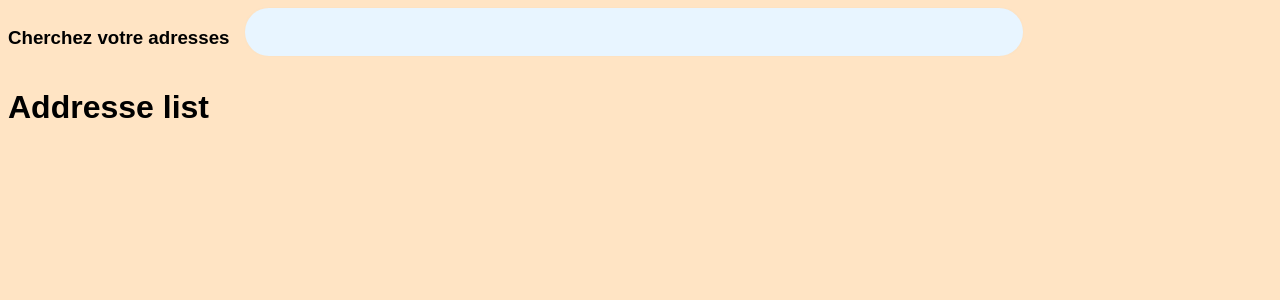
Repository: DnPako/test-forked
Page: /
These files come from the project's save history. The page is drawn as it stood at one moment and after the next save; the edit follows.
The browser window is 1280 px wide. The pictures show the whole page.
The page's requests for data from a server got no answer. The project was rebuilt for these pictures with package versions that can differ from the ones it lists, and the page was loaded fresh each time. No one was signed in, and anything a server would have sent is missing.

Above is the page before, as saved 2022-02-14 13:03:16.

### src/index.js
import { StrictMode } from "react";
import ReactDOM from "react-dom";
import axios from 'axios';
import { Provider, } from "react-redux";
import { createStore, applyMiddleware, } from "redux";
import createSagaMiddleware from "redux-saga";

import reducers from "./commons/reducers";
import sagas from "./commons/sagas";
import App from "./addresses/App";

axios.defaults.baseURL = 'https://api-adresse.data.gouv.fr';

const sagaMiddleware = createSagaMiddleware();
const store = createStore(reducers, applyMiddleware(sagaMiddleware));

sagaMiddleware.run(sagas);

const rootElement = document.getElementById("root");
ReactDOM.render(
  <Provider store={store}>
    <StrictMode>
      <App />
    </StrictMode>
  </Provider>,
  rootElement
);

### src/commons/reducers/index.js
import { combineReducers, } from "redux";
import AdressesReducer from "../../addresses/redux/addressReducer";

export default combineReducers({
    addresses: AdressesReducer,
});

### src/commons/sagas/index.js
import { all, } from 'redux-saga/effects';
import addressesSagas from '../../addresses/saga/addressesSaga';

export default function* rootSaga() {
    yield all([
        ...addressesSagas,
    ]);
}

### src/addresses/App.js
import { useEffect, } from "react";
import "../styles.css";
import withRedux from "../commons/utils/withRedux";
import stateDispatchers from "./utils/stateDispatchers";
import Address from "./components/Address";
import SearchInput from "./components/SearchInput";

const { mapDispatchToProps, mapStateToProps } = stateDispatchers;

const App = (props) => {
  const {
    addressList,
    handleGetAddresses,
  } = props;

  console.log(addressList);

  useEffect(() => {
    handleGetAddresses();
  }, [handleGetAddresses]);

  return (
    <div className="App">
      <SearchInput />
      <h1>Addresse list</h1>
      <ul>
        <Address addressList={addressList} />
      </ul>
    </div>
  );
}

export default withRedux(mapStateToProps, mapDispatchToProps, App);

### src/addresses/redux/addressReducer.js
const initialState = {
    addressList: [],
};

const setAddresses = (state, { addressList, }) => ({
    ...state,
    addressList,
});

// In case we have other eventual actions we can simply add the function to this object
// No need to change AdressesReducer
const AddressesActions = {
    SET_ADDRESSES: setAddresses,
};

export default function AdressesReducer(state = initialState, action) {
    if (AddressesActions[action.type]) {
        return AddressesActions[action.type](state, action);
    }
    return state;
};

### src/addresses/saga/addressesSaga.js
import {
    call,
    fork,
    put,
    takeEvery,
} from "redux-saga/effects";
import actions from "../redux/actions";
import addressDispatcher from "../redux/addressDispatcher";
import { getAddresses, } from "../services/addressesServices";

const {
    GET_ADDRESSES,
    SET_ADDRESSES,
} = actions;

const {
    setAddresses,
} = addressDispatcher;

function* getAddressesRequest() {
    try {
        const { data: { features: addressList, }, } = yield call(getAddresses);
        yield put(setAddresses(addressList));
    } catch (error) {
        console.log(error);
    }
}

function* watchGetUsers() {
    yield takeEvery(GET_ADDRESSES, getAddressesRequest);
};

const addressesSagas = [
    fork(watchGetUsers),
];

export default addressesSagas;

### src/styles.css
body {
  background-color: bisque;
}
.App {
  font-family: sans-serif;
}

### src/commons/utils/withRedux.js
import { connect, } from "react-redux";

const withRedux = (mapStateToProps, mapDispatchToProps, Component) => (
    connect(mapStateToProps, mapDispatchToProps)(Component)
);

export default withRedux;

### src/addresses/utils/stateDispatchers.js
import addressDispatcher from "../redux/addressDispatcher";

const { getAddresses, } = addressDispatcher;

const mapStateToProps = ({
    addresses: { addressList, },
}) => ({
    addressList,
});

const mapDispatchToProps = {
    handleGetAddresses: getAddresses,
};

export default {
    mapStateToProps,
    mapDispatchToProps,
}

### src/addresses/components/Address.jsx
const displayAddress = address => {
    const { properties, } =  address;
    return (
        <li key={properties.id}>
            <h2>Label: {properties.label}</h2>
            <ul>
                <li>number: {properties.housenumber}</li>
                <li>street: {properties.street}</li>
                <li>city: {properties.city}</li>
                <li>zipcode: {properties.citycode}</li>
                <li>country: France</li>
                <li>rounded score: {properties.score}</li>
            </ul>
        </li>
    );
};

const Address = (props) => {
    const {
        addressList,
    } = props;
    return (
        <>
            {addressList.length !== 0 && addressList.map(address => displayAddress(address))}
        </>
    );
};

export default Address;

### src/addresses/components/SearchInput.jsx
const containerStyle = {
    display: "flex",
}

const labelStyle = {
    marginRight: "1rem",
}

const inputStyle = {
    width: "60%",
    height: "3rem",
    padding: "0 0.714em",
    borderRadius: "5em",
    backgroundColor: "#e8f5ff",
    border: "0",
    outline: "0",
    boxShadow: "0 0 8px -9px #000",
};

const SearchInput = () => {
    return (
        <div style={{ ...containerStyle, }}>
            <label htmlFor="search" style={{ ...labelStyle, }}>
                <h3>Cherchez votre adresses</h3>
            </label>
            <input
                style={{ ...inputStyle, }}
                type="text"
                name="name"
                value=""
            />
        </div>
    );
};

export default SearchInput;

### src/addresses/redux/actions.js
const GET_ADDRESSES = 'GET_ADDRESSES';
const SET_ADDRESSES = 'SET_ADDRESSES';

export default {
    GET_ADDRESSES,
    SET_ADDRESSES,
};

### src/addresses/redux/addressDispatcher.js
import actions from "./actions";

const {
 GET_ADDRESSES,
 SET_ADDRESSES,
} = actions;

const getAddresses = () => ({
    type: GET_ADDRESSES,
});

const setAddresses = addressList => ({
    type: SET_ADDRESSES,
    addressList,
});

export default {
    getAddresses,
    setAddresses,
};

### src/addresses/services/addressesServices.js
import axios from "axios";

export const getAddresses = () => {
    return axios.get('/search', {
        params: {
            q: '8 bd du port',
            limit: 15,
        },
    });
};

Loaded but not shown: public/index.html (common file)

After the next save:
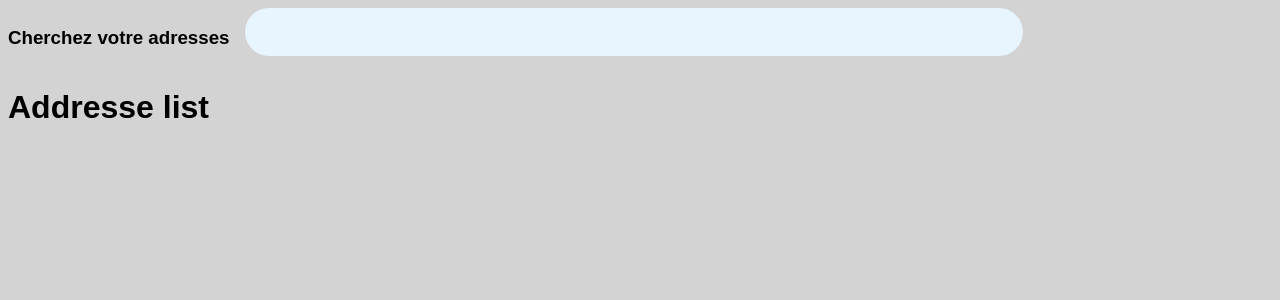
Saved 6 s later.
--- a/src/styles.css
+++ b/src/styles.css
@@ -1,5 +1,5 @@
 body {
-  background-color: bisque;
+  background-color: rgb(211, 211, 211);
 }
 .App {
   font-family: sans-serif;
